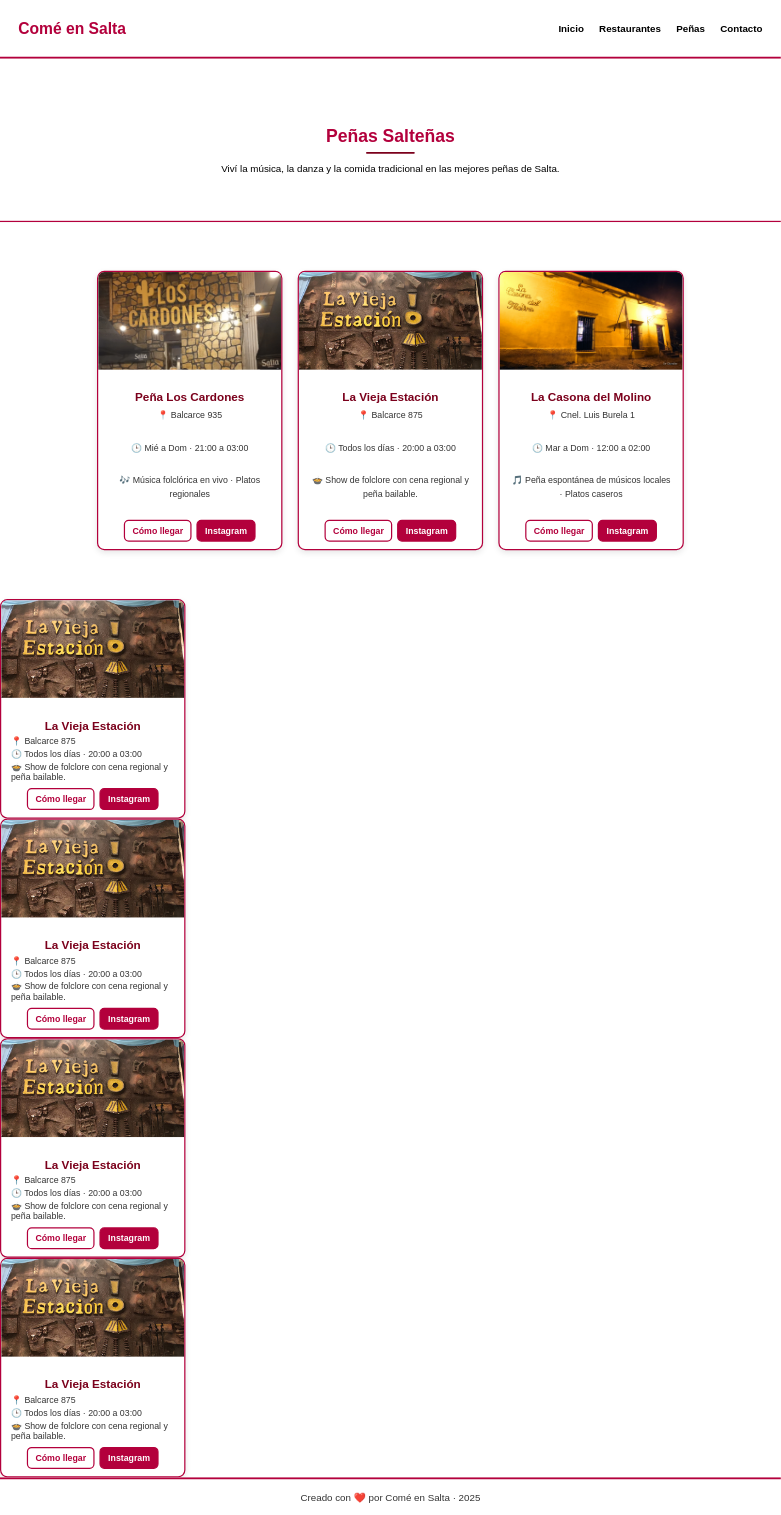
Repository: nahir95/come-en-salta
Page: peñas.html
The author's editor kept a copy of each file at every save. The page is drawn from the files as they stood at one save, then again after the next save.
The browser window is 1280 px wide. The pictures show the whole page, at 61% of full size.

Above is the page before, as saved 2025-11-12 03:23:37.

### peñas.html
<!DOCTYPE html>
<html lang="es">
<head>
  <meta charset="UTF-8">
  <meta name="viewport" content="width=device-width, initial-scale=1.0">
  <title>Peñas en Salta | Comé en Salta</title>
  <link rel="stylesheet" href="style.css">
</head>

<body>
  <header>
    <h1>Comé en Salta</h1>
    <nav>
      <a href="index.html">Inicio</a>
      <a href="restaurantes.html">Restaurantes</a>
      <a href="penas.html" class="active">Peñas</a>
      <a href="#contacto">Contacto</a>
    </nav>
  </header>

   <main class="restaurantes">
    <section class="intro">
      <h2>Peñas Salteñas</h2>
      <p>Viví la música, la danza y la comida tradicional en las mejores peñas de Salta.</p>
    </section>
  <main>

    <!-- Zona 1 -->
    <section class="zona">
      <div class="zona-grid">
        <div class="restaurante">
          <img src="imagenes/los-cardones.png" alt="Peña Los Cardones">
          <div class="card-content">
            <h3>Peña Los Cardones</h3>
            <p>📍 Balcarce 935</p>
            <p>🕒 Mié a Dom · 21:00 a 03:00</p>
            <p>🎶 Música folclórica en vivo · Platos regionales</p>
            <div class="btns-resto">
              <a href="https://maps.app.goo.gl/B3RV2sRcfGxMxXqY7" target="_blank" class="btn">Cómo llegar</a>
              <a href="https://www.instagram.com/penaloscardones/" target="_blank" class="btn btn-secundario">Instagram</a>
            </div>
          </div>
        </div>

        <div class="restaurante">
          <img src="imagenes/la-vieja.jpg" alt="La Vieja Estación">
          <div class="card-content">
            <h3>La Vieja Estación</h3>
            <p>📍 Balcarce 875</p>
            <p>🕒 Todos los días · 20:00 a 03:00</p>
            <p>🍲 Show de folclore con cena regional y peña bailable.</p>
            <div class="btns-resto">
              <a href="https://maps.app.goo.gl/8Xy5uXKZ4SrGUmM86" target="_blank" class="btn">Cómo llegar</a>
              <a href="https://www.instagram.com/laviejaestacionsalta/" target="_blank" class="btn btn-secundario">Instagram</a>
            </div>
          </div>
        </div>

        <div class="restaurante">
          <img src="imagenes/la-casona-del-molino.jpg" alt="Balderrama">
          <div class="card-content">
            <h3>La Casona del Molino</h3>
            <p>📍 Cnel. Luis Burela 1</p>
            <p>🕒 Mar a Dom · 12:00 a 02:00</p>
            <p>🎵 Peña espontánea de músicos locales · Platos caseros</p>
            <div class="btns-resto">
              <a href="https://maps.app.goo.gl/Bf2KjMTgcdJixUpt6" target="_blank" class="btn">Cómo llegar</a>
              <a href="https://www.instagram.com/lacasonadelmolino/" target="_blank" class="btn btn-secundario">Instagram</a>
            </div>
          </div>
        </div>
      </div>
    </section>

    <!-- Zona 2 -->
  <div class="restaurante">
          <img src="imagenes/la-vieja.jpg" alt="La Vieja Estación">
          <div class="card-content">
            <h3>La Vieja Estación</h3>
            <p>📍 Balcarce 875</p>
            <p>🕒 Todos los días · 20:00 a 03:00</p>
            <p>🍲 Show de folclore con cena regional y peña bailable.</p>
            <div class="btns-resto">
              <a href="https://maps.app.goo.gl/8Xy5uXKZ4SrGUmM86" target="_blank" class="btn">Cómo llegar</a>
              <a href="https://www.instagram.com/laviejaestacionsalta/" target="_blank" class="btn btn-secundario">Instagram</a>
            </div>
          </div>
        </div>

          <div class="restaurante">
          <img src="imagenes/la-vieja.jpg" alt="La Vieja Estación">
          <div class="card-content">
            <h3>La Vieja Estación</h3>
            <p>📍 Balcarce 875</p>
            <p>🕒 Todos los días · 20:00 a 03:00</p>
            <p>🍲 Show de folclore con cena regional y peña bailable.</p>
            <div class="btns-resto">
              <a href="https://maps.app.goo.gl/8Xy5uXKZ4SrGUmM86" target="_blank" class="btn">Cómo llegar</a>
              <a href="https://www.instagram.com/laviejaestacionsalta/" target="_blank" class="btn btn-secundario">Instagram</a>
            </div>
          </div>
        </div>

          <div class="restaurante">
          <img src="imagenes/la-vieja.jpg" alt="La Vieja Estación">
          <div class="card-content">
            <h3>La Vieja Estación</h3>
            <p>📍 Balcarce 875</p>
            <p>🕒 Todos los días · 20:00 a 03:00</p>
            <p>🍲 Show de folclore con cena regional y peña bailable.</p>
            <div class="btns-resto">
              <a href="https://maps.app.goo.gl/8Xy5uXKZ4SrGUmM86" target="_blank" class="btn">Cómo llegar</a>
              <a href="https://www.instagram.com/laviejaestacionsalta/" target="_blank" class="btn btn-secundario">Instagram</a>
            </div>
          </div>
        </div>

          <div class="restaurante">
          <img src="imagenes/la-vieja.jpg" alt="La Vieja Estación">
          <div class="card-content">
            <h3>La Vieja Estación</h3>
            <p>📍 Balcarce 875</p>
            <p>🕒 Todos los días · 20:00 a 03:00</p>
            <p>🍲 Show de folclore con cena regional y peña bailable.</p>
            <div class="btns-resto">
              <a href="https://maps.app.goo.gl/8Xy5uXKZ4SrGUmM86" target="_blank" class="btn">Cómo llegar</a>
              <a href="https://www.instagram.com/laviejaestacionsalta/" target="_blank" class="btn btn-secundario">Instagram</a>
            </div>
          </div>
        </div>
      </div>
    </section>
  </main>

  <footer>
    Creado con ❤️ por Comé en Salta · 2025
  </footer>
</body>
</html>

### style.css
/* ==========================
   ESTILOS GENERALES
========================== */
body {
  margin: 0;
  font-family: 'Poppins', sans-serif;
  background-color: #fff;
  color: #000;
}

/* ==========================
   HEADER
========================== */
header {
  display: flex;
  justify-content: space-between;
  align-items: center;
  background-color: #fff;
  padding: 15px 30px;
  border-bottom: 3px solid #b3003c;
}

header h1 {
  color: #b3003c;
  font-size: 1.6rem;
}

nav {
  display: flex;
  gap: 25px;
}

nav a {
  text-decoration: none;
  color: #000;
  font-weight: 600;
  transition: color 0.3s ease;
}

nav a:hover {
  color: #b3003c;
}

/* ==========================
   CARRUSEL (HERO)
========================== */
.hero {
  position: relative;
  width: 100%;
  overflow: hidden;
}

.carousel-container {
  position: relative;
  width: 100%;
  height: 80vh;
}

.carousel {
  display: flex;
  width: 300%;
  transition: transform 0.8s ease-in-out;
}

.carousel img {
  width: 100%;
  height: 80vh;
  object-fit: cover;
  filter: brightness(0.7);
}

/* Botones del carrusel */
.btn-carrusel {
  position: absolute;
  top: 50%;
  transform: translateY(-50%);
  background-color: rgba(179, 0, 60, 0.8);
  color: white;
  border: none;
  font-size: 2rem;
  padding: 10px 15px;
  cursor: pointer;
  border-radius: 50%;
  transition: background 0.3s ease;
}

.btn-carrusel:hover {
  background-color: #b3003c;
}

#prev { left: 20px; }
#next { right: 20px; }

/* Texto sobre el carrusel */
.overlay {
  position: absolute;
  top: 50%;
  left: 50%;
  transform: translate(-50%, -50%);
  color: white;
  text-align: center;
  text-shadow: 0 2px 5px rgba(0,0,0,0.7);
}

.overlay h2 {
  font-size: 2rem;
  color: #fff;
  margin-bottom: 10px;
}

.overlay p {
  font-size: 1.2rem;
}

/* ==========================
   SECCIÓN INICIO
========================== */
.inicio {
  text-align: center;
  padding: 80px 20px;
  background-color: #fff;
}

.inicio h2 {
  color: #b3003c;
  font-size: 2rem;
  margin-bottom: 15px;
}

.inicio p {
  max-width: 800px;
  margin: 0 auto 30px auto;
  color: #333;
  line-height: 1.6;
}

/* BOTONES PRINCIPALES */
.inicio-buttons .btn {
  display: inline-block;
  margin: 10px;
  padding: 12px 24px;
  border: 2px solid #b3003c;
  border-radius: 8px;
  color: #b3003c;
  background: transparent;
  text-decoration: none;
  font-weight: 600;
  transition: all 0.3s ease;
}

.inicio-buttons .btn:hover {
  background: #b3003c;
  color: white;
}
/* ==========================
   SECCIÓN "POR QUÉ COMER EN SALTA"
========================== */
.porque {
  text-align: center;
  padding: 60px 20px;
  background-color: #f7f7f7;
  border-top: 2px solid #b3003c;
  border-bottom: 2px solid #b3003c;
}

.porque h2 {
  color: #b3003c;
  margin-bottom: 15px;
}

.porque p {
  max-width: 800px;
  margin: auto;
  font-size: 1.1rem;
  color: #333;
  line-height: 1.6;
}

/* ==========================
   SABORES
========================== */
.sabores {
  padding: 60px 20px;
  background-color: #fff;
  text-align: center;
}

.sabores h2 {
  color: #b3003c;
  margin-bottom: 25px;
}

.sabores-grid {
  display: grid;
  grid-template-columns: repeat(auto-fit, minmax(220px, 1fr));
  gap: 25px;
}

.plato {
  background: #fff;
  border-radius: 12px;
  border: 2px solid #b3003c;
  overflow: hidden;
  transition: transform 0.3s ease, box-shadow 0.3s ease;
}

.plato:hover {
  transform: scale(1.05);
  box-shadow: 0 4px 12px rgba(0,0,0,0.15);
}

.plato img {
  width: 100%;
  height: 160px;
  object-fit: cover;
}

.plato h3 {
  padding: 12px;
  color: #b3003c;
}

/* ==========================
   FRASE FINAL
========================== */
.frase {
  background: #b3003c;
  color: white;
  text-align: center;
  padding: 40px 10px;
  font-style: italic;
  font-size: 1.2rem;
}

/* ==========================
   FOOTER
========================== */
footer {
  background-color: #fff;
  color: #333;
  text-align: center;
  padding: 20px;
  border-top: 3px solid #b3003c;
  font-weight: 500;
}
.carousel-container {
  position: relative;
  overflow: hidden;
  width: 100%;
  height: 400px;
}

.carousel {
  display: flex;
  transition: transform 1s ease;
  width: 100%;
  height: 100%;
}

.carousel img {
  flex: 0 0 100%;
  width: 100%;
  height: 100%;
  object-fit: cover;
}
/* ==========================
   RESTAURANTES
========================== */
.restaurantes .intro {
  text-align: center;
  padding: 60px 20px;
}

.restaurantes .intro h2 {
  color: #b3003c;
  margin-bottom: 10px;
}

.restaurantes .zona {
  padding: 60px 20px;
  border-top: 2px solid #b3003c;
  background-color: #fff;
}

.restaurantes .zona h2 {
  color: #b3003c;
  margin-bottom: 10px;
  text-align: center;
}

.restaurantes .zona p {
  text-align: center;
  max-width: 800px;
  margin: 0 auto 30px auto;
  line-height: 1.6;
  color: #333;
}

.zona-grid {
  display: grid;
  grid-template-columns: repeat(auto-fit, minmax(250px, 1fr));
  gap: 25px;
}

.card {
  background: #fff;
  border: 2px solid #b3003c;
  border-radius: 10px;
  overflow: hidden;
  transition: transform 0.3s ease, box-shadow 0.3s ease;
}

.card:hover {
  transform: scale(1.05);
  box-shadow: 0 4px 12px rgba(0,0,0,0.15);
}

.card img {
  width: 100%;
  height: 180px;
  object-fit: cover;
}

.card h3 {
  margin: 12px;
  color: #b3003c;
}

.card p {
  margin: 0 12px 15px 12px;
  color: #333;
}

.lista-rapidas {
  max-width: 600px;
  margin: 0 auto;
  list-style: none;
  padding: 0;
  text-align: center;
}

.lista-rapidas li {
  background: #f8f8f8;
  border: 1px solid #b3003c;
  padding: 10px;
  border-radius: 6px;
  margin-bottom: 8px;
  color: #333;
  transition: background 0.3s;
}

.lista-rapidas li:hover {
  background: #b3003c;
  color: white;
}
/* === Contenedor general de las tarjetas === */
.zona-grid {
  display: flex;
  flex-wrap: wrap;
  justify-content: center; /* 🔹 centra todas las tarjetas */
  gap: 25px; /* espacio entre tarjetas */
  max-width: 1000px; /* 🔹 limita el ancho total del grid */
  margin: 0 auto; /* centra el bloque en la página */
  padding: 20px;
}

/* === Tarjetas de restaurantes === */
.restaurante {
  background: #fff;
  border: 2px solid #b3003c;
  border-radius: 12px;
  overflow: hidden;
  flex: 1 1 calc(33.333% - 40px); /* 🔹 3 por fila con espacio */
  max-width: 300px; /* evita que crezcan demasiado */
  box-shadow: 0 4px 10px rgba(0,0,0,0.1);
  transition: transform 0.3s ease, box-shadow 0.3s ease;
}

.restaurante:hover {
  transform: translateY(-5px);
  box-shadow: 0 6px 16px rgba(0,0,0,0.15);
}

.restaurante img {
  width: 100%;
  height: 160px;
  object-fit: cover;
}

.restaurante .card-content {
  padding: 12px 16px;
}

.restaurante h3 {
  color: #b3003c;
  font-size: 1.1rem;
  margin-bottom: 8px;
}

.restaurante p {
  color: #333;
  margin: 4px 0;
  font-size: 0.9rem;
}

/* === Botones === */
.btns-resto {
  display: flex;
  justify-content: center;
  gap: 8px;
  margin-top: 10px;
  flex-wrap: wrap;
}

.btns-resto .btn {
  display: inline-block;
  text-align: center;
  padding: 8px 12px;
  border: 2px solid #b3003c;
  border-radius: 8px;
  text-decoration: none;
  color: #b3003c;
  font-weight: 600;
  transition: all 0.3s ease;
  font-size: 0.9rem;
}

.btns-resto .btn:hover {
  background: #b3003c;
  color: #fff;
}

.btns-resto .btn-secundario {
  background: #b3003c;
  color: #fff;
}

.btns-resto .btn-secundario:hover {
  background: transparent;
  color: #b3003c;
}
/* ====== TÍTULOS DE PEÑAS ====== */

/* Título principal (por ejemplo, "Peñas salteñas") */
.hero h2 {
  color: #7b001c;
  font-size: 2.2rem;
  text-align: center;
  margin-bottom: 10px;
  text-shadow: 1px 1px 3px rgba(0,0,0,0.1);
}

/* Subtítulos de secciones (por ejemplo, "Zona Centro", "Paseo Balcarce", etc.) */
main h2 {
  color: #7b001c;
  text-align: center;
  font-size: 1.8rem;
  margin: 50px 0 25px;
  position: relative;
}

/* Línea decorativa debajo del título */
main h2::after {
  content: "";
  display: block;
  width: 80px;
  height: 3px;
  background: #7b001c;
  margin: 10px auto 0;
  border-radius: 2px;
}

/* Títulos de cada peña (nombre de la peña en las tarjetas) */
.card-content h3 {
  color: #7b001c;
  font-size: 1.2rem;
  margin-bottom: 6px;
  text-align: center;
}

After the next save:
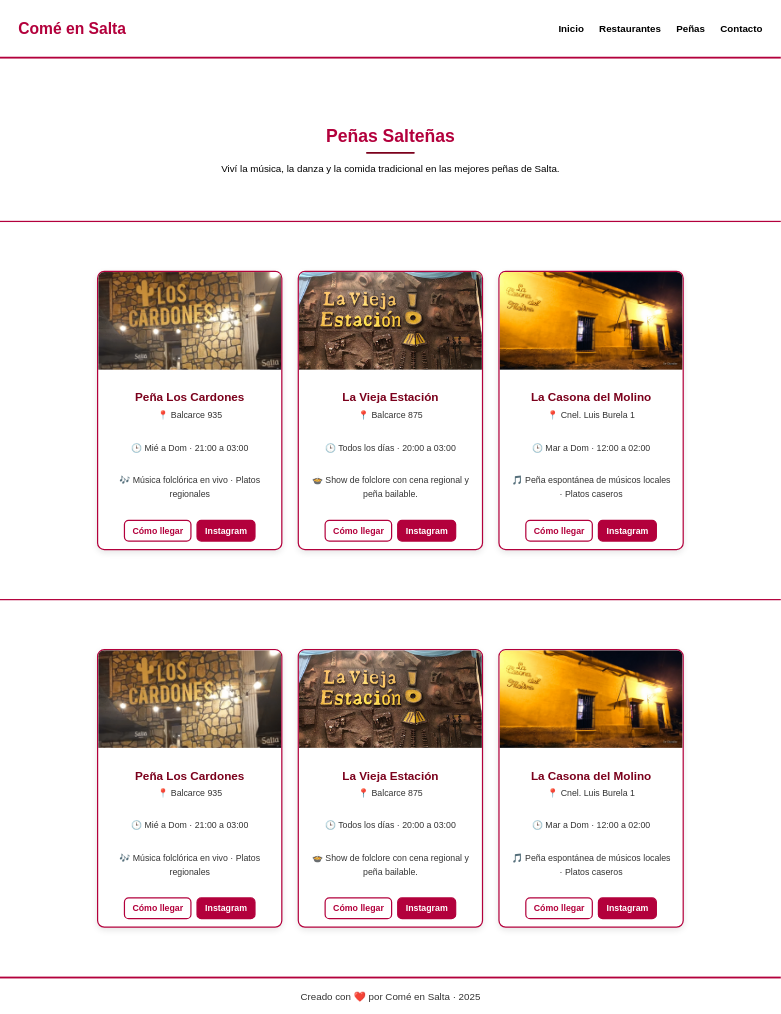
Saved 61 s later.
--- a/peñas.html
+++ b/peñas.html
@@ -73,7 +73,24 @@
     </section>
 
     <!-- Zona 2 -->
-  <div class="restaurante">
+  <!-- Zona 1 -->
+    <section class="zona">
+      <div class="zona-grid">
+        <div class="restaurante">
+          <img src="imagenes/los-cardones.png" alt="Peña Los Cardones">
+          <div class="card-content">
+            <h3>Peña Los Cardones</h3>
+            <p>📍 Balcarce 935</p>
+            <p>🕒 Mié a Dom · 21:00 a 03:00</p>
+            <p>🎶 Música folclórica en vivo · Platos regionales</p>
+            <div class="btns-resto">
+              <a href="https://maps.app.goo.gl/B3RV2sRcfGxMxXqY7" target="_blank" class="btn">Cómo llegar</a>
+              <a href="https://www.instagram.com/penaloscardones/" target="_blank" class="btn btn-secundario">Instagram</a>
+            </div>
+          </div>
+        </div>
+
+        <div class="restaurante">
           <img src="imagenes/la-vieja.jpg" alt="La Vieja Estación">
           <div class="card-content">
             <h3>La Vieja Estación</h3>
@@ -87,47 +104,21 @@
           </div>
         </div>
 
-          <div class="restaurante">
-          <img src="imagenes/la-vieja.jpg" alt="La Vieja Estación">
+        <div class="restaurante">
+          <img src="imagenes/la-casona-del-molino.jpg" alt="Balderrama">
           <div class="card-content">
-            <h3>La Vieja Estación</h3>
-            <p>📍 Balcarce 875</p>
-            <p>🕒 Todos los días · 20:00 a 03:00</p>
-            <p>🍲 Show de folclore con cena regional y peña bailable.</p>
+            <h3>La Casona del Molino</h3>
+            <p>📍 Cnel. Luis Burela 1</p>
+            <p>🕒 Mar a Dom · 12:00 a 02:00</p>
+            <p>🎵 Peña espontánea de músicos locales · Platos caseros</p>
             <div class="btns-resto">
-              <a href="https://maps.app.goo.gl/8Xy5uXKZ4SrGUmM86" target="_blank" class="btn">Cómo llegar</a>
-              <a href="https://www.instagram.com/laviejaestacionsalta/" target="_blank" class="btn btn-secundario">Instagram</a>
+              <a href="https://maps.app.goo.gl/Bf2KjMTgcdJixUpt6" target="_blank" class="btn">Cómo llegar</a>
+              <a href="https://www.instagram.com/lacasonadelmolino/" target="_blank" class="btn btn-secundario">Instagram</a>
             </div>
           </div>
         </div>
-
-          <div class="restaurante">
-          <img src="imagenes/la-vieja.jpg" alt="La Vieja Estación">
-          <div class="card-content">
-            <h3>La Vieja Estación</h3>
-            <p>📍 Balcarce 875</p>
-            <p>🕒 Todos los días · 20:00 a 03:00</p>
-            <p>🍲 Show de folclore con cena regional y peña bailable.</p>
-            <div class="btns-resto">
-              <a href="https://maps.app.goo.gl/8Xy5uXKZ4SrGUmM86" target="_blank" class="btn">Cómo llegar</a>
-              <a href="https://www.instagram.com/laviejaestacionsalta/" target="_blank" class="btn btn-secundario">Instagram</a>
-            </div>
-          </div>
-        </div>
-
-          <div class="restaurante">
-          <img src="imagenes/la-vieja.jpg" alt="La Vieja Estación">
-          <div class="card-content">
-            <h3>La Vieja Estación</h3>
-            <p>📍 Balcarce 875</p>
-            <p>🕒 Todos los días · 20:00 a 03:00</p>
-            <p>🍲 Show de folclore con cena regional y peña bailable.</p>
-            <div class="btns-resto">
-              <a href="https://maps.app.goo.gl/8Xy5uXKZ4SrGUmM86" target="_blank" class="btn">Cómo llegar</a>
-              <a href="https://www.instagram.com/laviejaestacionsalta/" target="_blank" class="btn btn-secundario">Instagram</a>
-            </div>
-          </div>
-        </div>
+      </div>
+    </section>
       </div>
     </section>
   </main>
